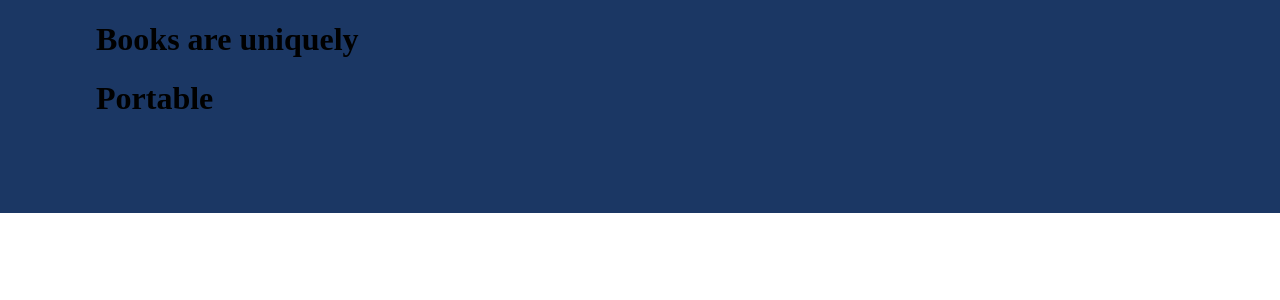
Repository: Godnorg/Class2
Page: index.html
These files come from the project's save history. The page is drawn as it stood at one moment and after the next save; the edit follows.
The browser window is 1280 px wide. The pictures show the whole page.

Above is the page before, as saved 2023-02-13 21:25:56.

After the next save:
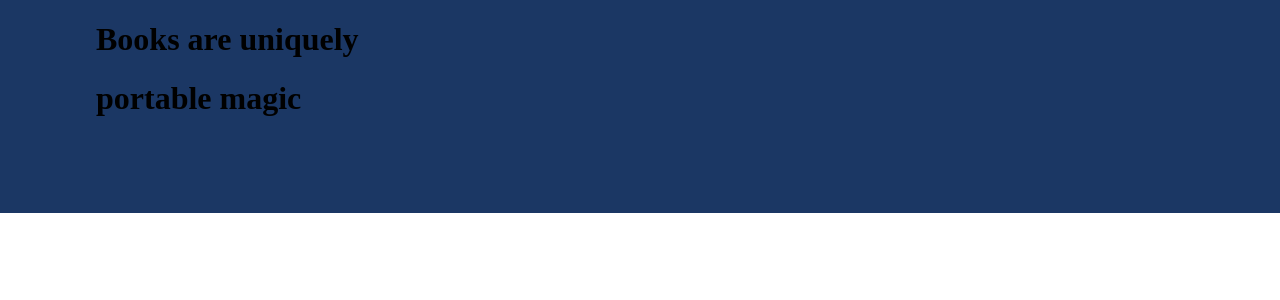
Saved 5 s later.
--- a/index.html
+++ b/index.html
@@ -16,7 +16,7 @@
         <div class="middle">
             <div>
                 <h1>Books are uniquely</h1>
-                <h1>Portable </h1>
+                <h1>portable magic</h1>
             </div>
             <div>
 
